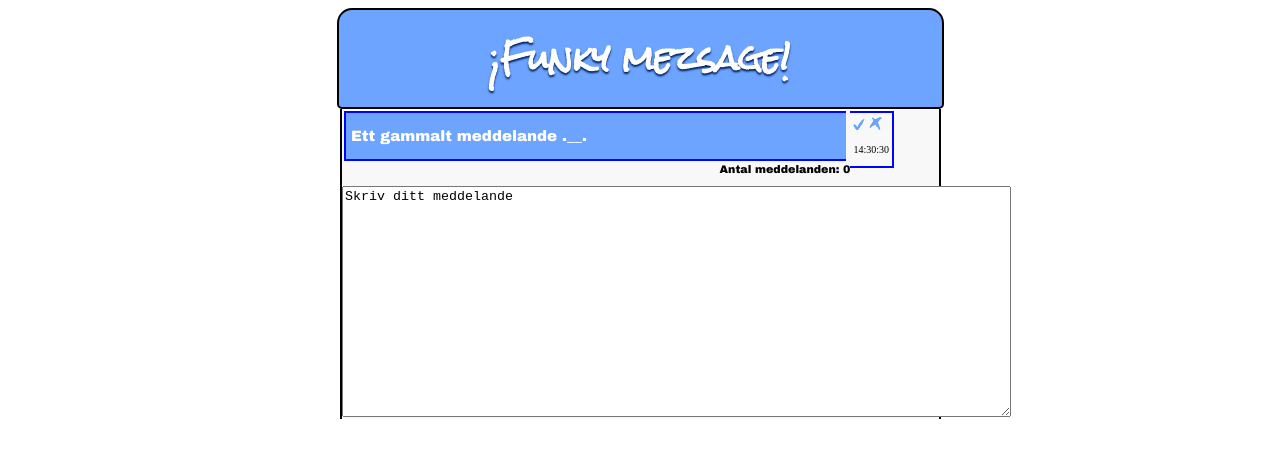
Repository: sk222sw/1dv403-laborationer
Page: 2-labbymezzage/index.html
The author's editor kept a record of every edit. The page is drawn from the files as they stood at one moment, then again after the next edit.
The browser window is 1280 px wide. The pictures show the whole page.

Above is the page before.

After the next edit:
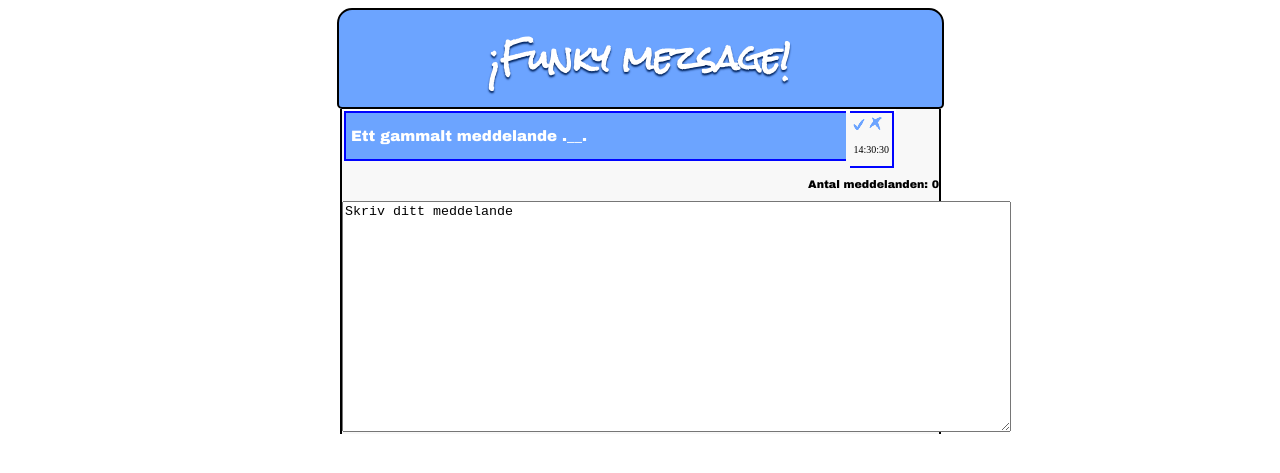
The edit:
--- a/2-labbymezzage/css/css.css
+++ b/2-labbymezzage/css/css.css
@@ -67,7 +67,7 @@
     width: 550px;
     border: solid white 2px;
 
-    margin-bottom: 50px;
+    margin-bottom: 65px;
     padding: -2px;
 }
 
